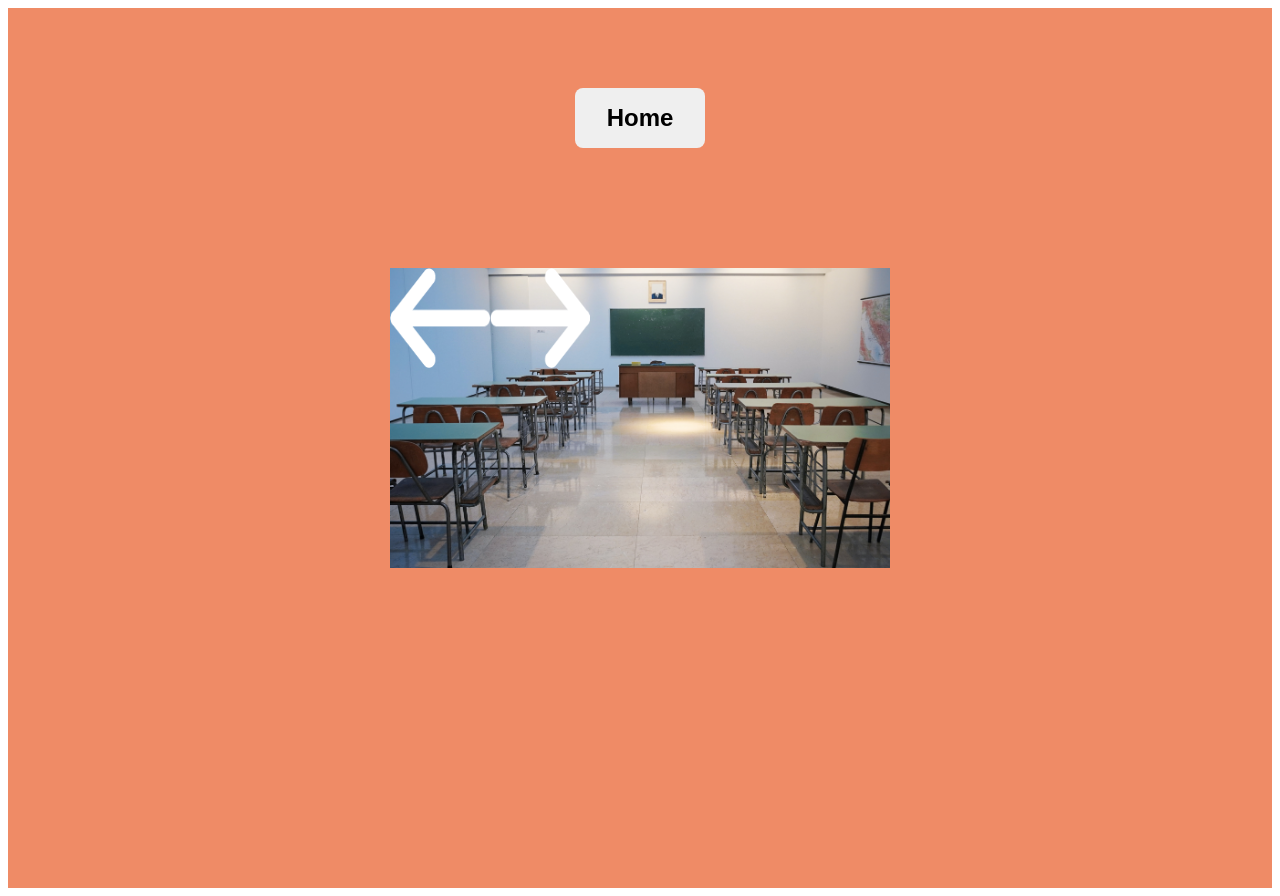
Repository: giovanabirck/class8
Page: /carouselPage
An editor plug-in stored every save of this project. The page is shown before and after the next save, followed by the edit.
The browser window is 1280 px wide. The pictures show the whole page.
Pictures or frames that could not be fetched are drawn as grey boxes. The project was rebuilt for these pictures with package versions that can differ from the ones it lists, and the page was loaded fresh each time. The framework's server and built-in components were replaced by stand-ins that run in the browser. Also part of the build but not shown: next.config.js.

Above is the page before, as saved 2023-02-23 18:24:57.

### pages/carouselPage.js
import Carousel from "@/components/Carousel"
import Link from "next/link"
import styles from '@/styles/CarouselPage.module.css'


export default function carouselPage() {
    return (
        <>
            <main className={styles.main}>

                <div className={styles.top_back}>
                    <Link href="/">
                        <button className={styles.btn}>Home</button>
                    </Link>
                </div>

                <Carousel/>

            </main>
        </>
    )
}

### styles/globals.css
:root {
  --blue: #95CDF9;
  --green: #C3E0CF;
  --orange: #EF8B66;
  --white: #f4f9fd;
  --black: #222222;
  }

### components/Carousel/index.js
import Image from "next/image"
import { useState } from "react";
import styles from './CarouselPage.module.css'


export default function Carousel() {

    const [img, setImg] = useState(0);

    const changeImage = (change) => {
        if(change == "backward") {
            setImg(img - 1);
            if(img == 0) {
                setImg(5);
            }
            console.log(img);

        } else if(change == "forward") {
            setImg(img + 1);
            if(img == 5) {
                setImg(0)
            }
            console.log(img)
        }

    }

    return(
        <>
            <div className={styles.main} style={{
                backgroundImage: "url(/carousel-images/" + img + ".jpg)",
                backgroundSize: "cover",
                backgroundRepeat: "no-repeat",
                width: 500,
                height: 300
            }}>

                <Image
                    src={"/icons/leftArrow.png"}
                    alt={"/icons/leftArrow.png"}
                    width={100}
                    height={100}
                    onClick={() => changeImage("backward")}
                />

                <Image
                    src={"/icons/rightArrow.png"}
                    alt={"/icons/rightArrow.png"}
                    width={100}
                    height={100}
                    onClick={() => changeImage("forward")}
                />

            </div>
        </>
    )
}

### styles/CarouselPage.module.css
.main {
    display: flex;
    flex-direction: column;
    align-items: center;
    padding: 5rem;
    height: 100vh;
    font-family: Arial, Helvetica, sans-serif;
    color: var(--black);
    background-color: var(--orange);
  }

  .btn {
    font-weight: 900;
    font-size: 1.5rem;
    padding: 1rem 2rem;
    border-radius: 0.5rem;
    border-style: none;
    cursor: pointer;
  }

  .top_back {
    height: 25vh;
  }

### components/Carousel/CarouselPage.module.css
.main {
    background-image: url(/carousel-images/+img+.jpg);
    background-size: cover;
    background-repeat: "no-repeat";
    width: 500;
    height: 300
}

Loaded but not shown: pages/_app.js (common file); pages/_document.js (common file)

After the next save:
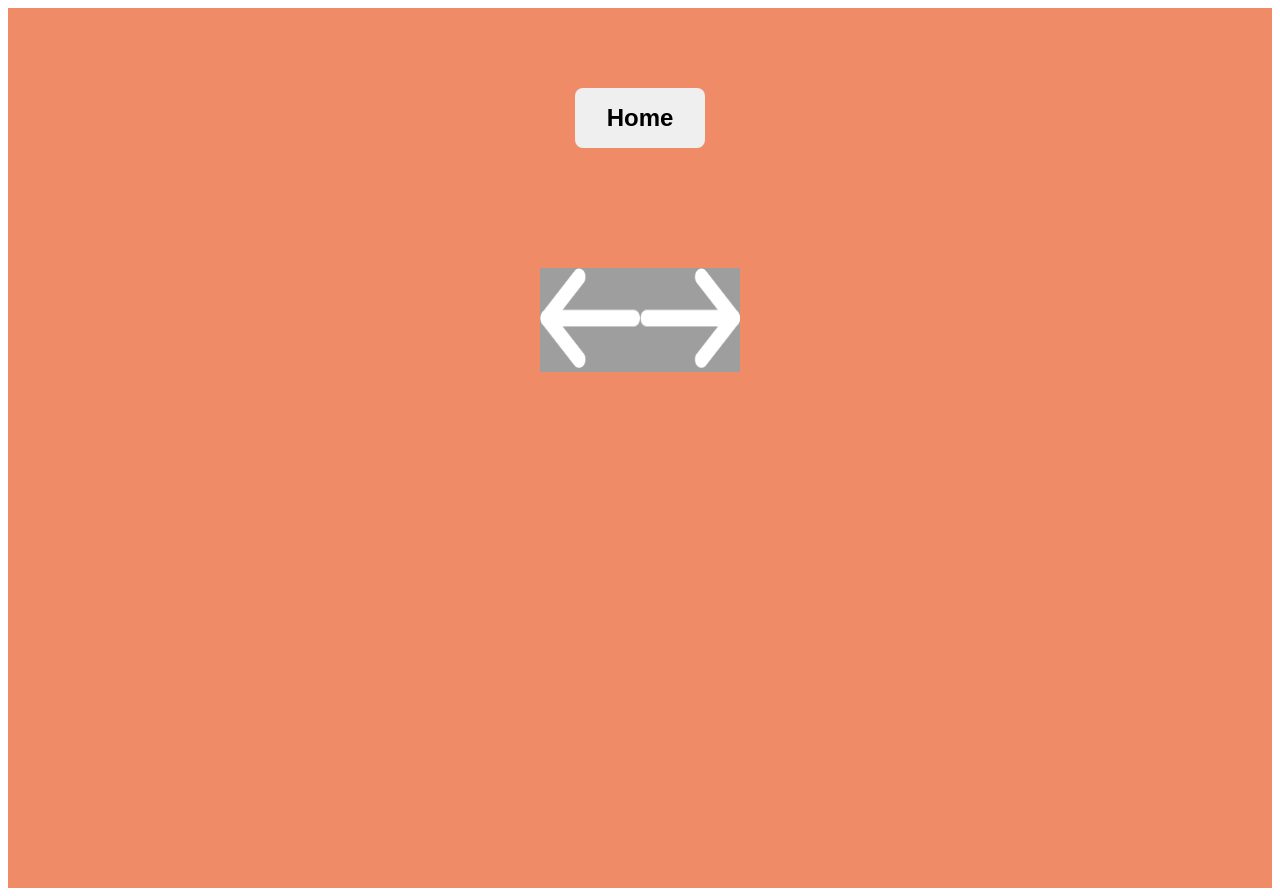
Saved 17 s later.
--- a/components/Carousel/index.js
+++ b/components/Carousel/index.js
@@ -27,13 +27,7 @@
 
     return(
         <>
-            <div className={styles.main} style={{
-                backgroundImage: "url(/carousel-images/" + img + ".jpg)",
-                backgroundSize: "cover",
-                backgroundRepeat: "no-repeat",
-                width: 500,
-                height: 300
-            }}>
+            <div className={styles.main}>
 
                 <Image
                     src={"/icons/leftArrow.png"}

After the save that followed:
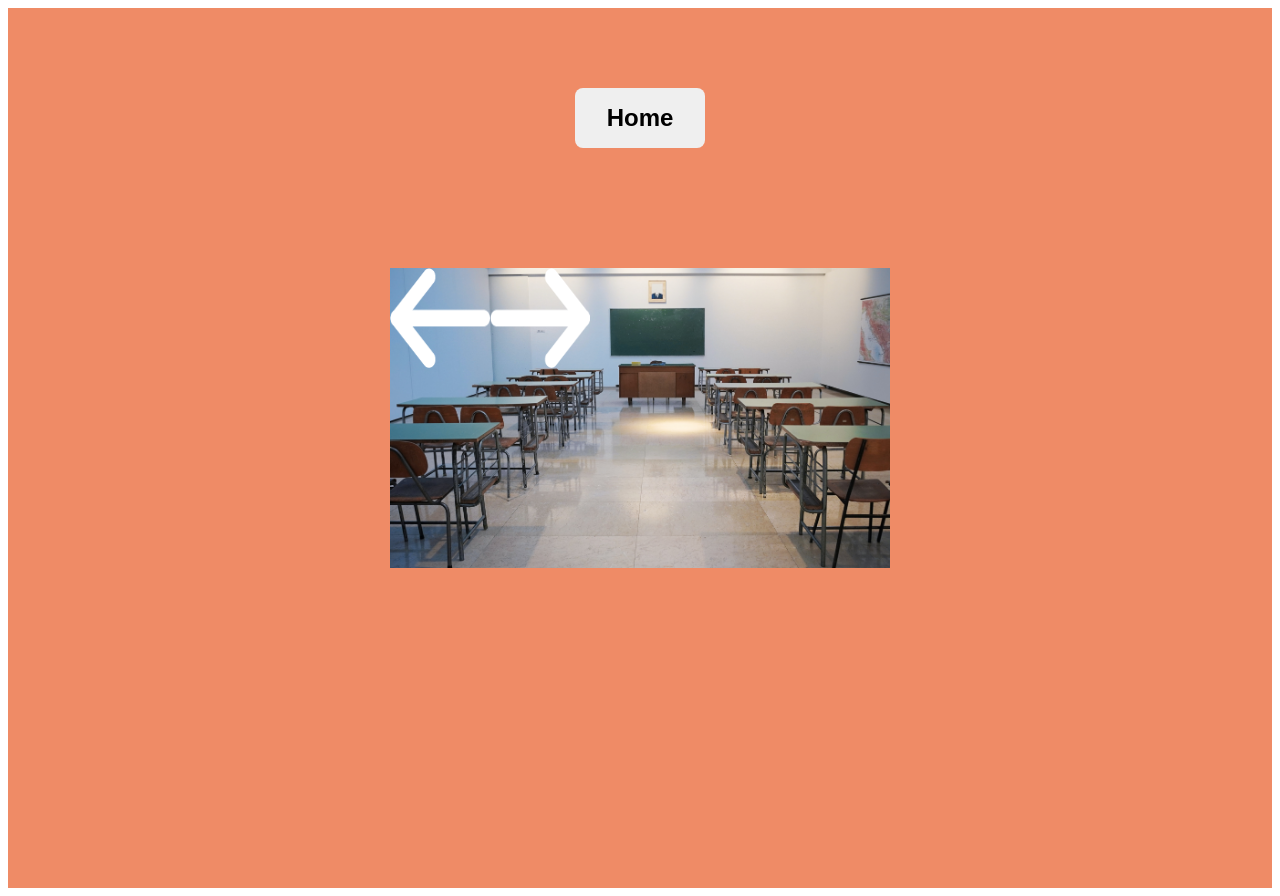
Saved 4 s later.
--- a/components/Carousel/index.js
+++ b/components/Carousel/index.js
@@ -27,7 +27,13 @@
 
     return(
         <>
-            <div className={styles.main}>
+            <div className={styles.main} style={{
+                backgroundImage: "url(/carousel-images/" + img + ".jpg)",
+                backgroundSize: "cover",
+                backgroundRepeat: "no-repeat",
+                width: 500,
+                height: 300
+            }}>
 
                 <Image
                     src={"/icons/leftArrow.png"}
